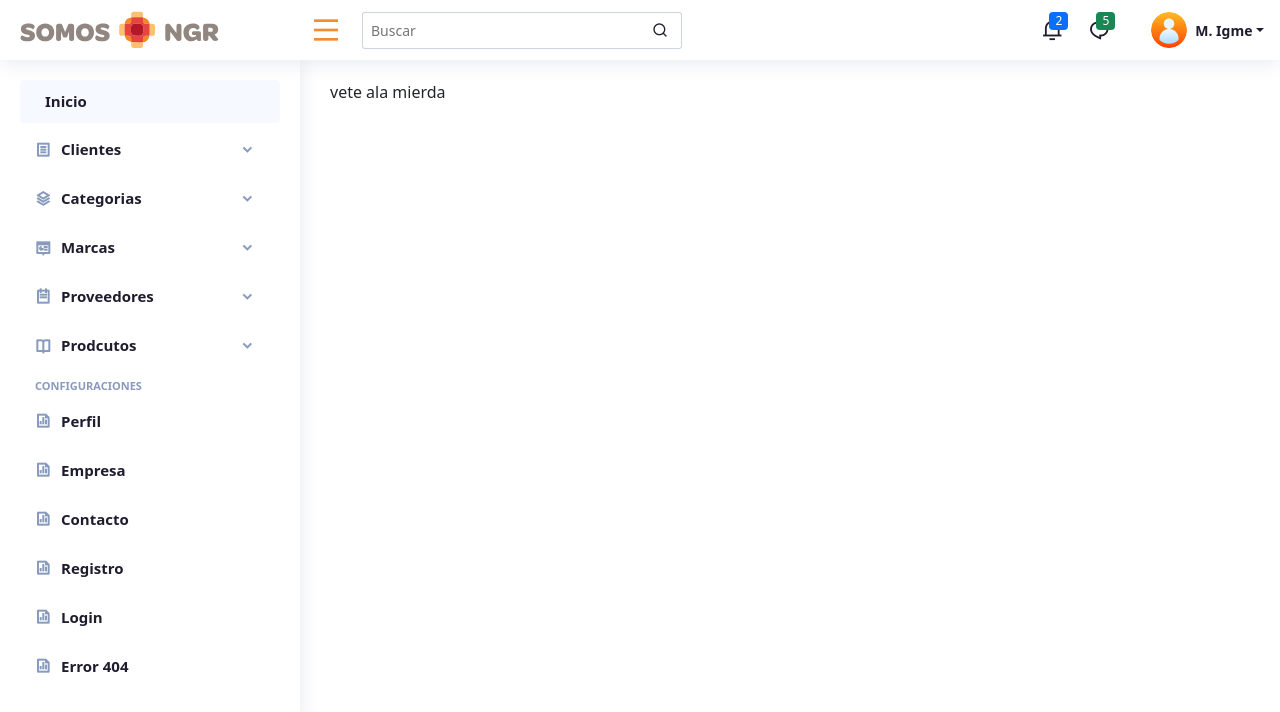
Repository: igmeMarcial/ProyectoLP-2023
Page: http://localhost/proyectoLP_2023/Main.jsp
These files come from the project's save history. The page is drawn as it stood at one moment and after the next save; the edit follows.
The browser window is 1280 px wide. The pictures show the whole page.
The page is served by Tomcat 9. Other server files are loaded and not shown.

Above is the page before, as saved 2023-03-18 19:38:21.

### proyectoLP_2023/WebContent/Main.jsp
<%@ page language="java" contentType="text/html; charset=ISO-8859-1"
    pageEncoding="ISO-8859-1"%>
<!DOCTYPE html PUBLIC "-//W3C//DTD HTML 4.01 Transitional//EN" "http://www.w3.org/TR/html4/loose.dtd">
<html>
<head>
	<meta charset="UTF-8">
    <meta http-equiv="X-UA-Compatible" content="IE=edge">
    <meta name="viewport" content="width=device-width, initial-scale=1.0">
	<link rel="preconnect" href="https://fonts.googleapis.com">
	<link rel="preconnect" href="https://fonts.gstatic.com" crossorigin>
	<link href="https://fonts.googleapis.com/css2?family=Roboto:wght@300;400;500;700;900&display=swap" rel="stylesheet">
	<link rel="stylesheet" type="text/css" href="./css/main.css" />
	<link href="https://cdn.jsdelivr.net/npm/bootstrap@5.0.2/dist/css/bootstrap.min.css" rel="stylesheet" integrity="sha384-EVSTQN3/azprG1Anm3QDgpJLIm9Nao0Yz1ztcQTwFspd3yD65VohhpuuCOmLASjC" crossorigin="anonymous">
	 <link href="https://cdn.jsdelivr.net/npm/remixicon@2.5.0/fonts/remixicon.css" rel="stylesheet">
	<title>Principal</title>
</head>
<body>
	 <!-- ======= Header(Cabezera) ======= -->
<header id="header" class="header fixed-top d-flex align-items-center">

    <div class="d-flex align-items-center justify-content-between">
      <a href="index.html" class="logo d-flex align-items-center text-decoration-none">
        <img class="logoImg1 d-none d-lg-block" src="./img/logo-somosngr.svg" alt="">
        <img class="logoImg2 d-block d-lg-none" src="./img/logo-ngr.png" alt="">
        <span class="d-none d-lg-block"></span>
      </a>
      <i class="ri-menu-fill toggle-sidebar-btn"></i>
    </div>
    <!-- Fin Logo -->
		<!-- Input para Buscar jeje-->
    <div class="search-bar">
      <form class="search-form d-flex align-items-center" method="POST" action="#">
        <input type="text" name="query" placeholder="Buscar" title="Enter search keyword">
        <button type="submit" title="Buscar"><i class="ri-search-line"></i></button>
      </form>
    </div><!-- Fin Buscar  -->

    <nav class="header-nav ms-auto">
      <ul class="d-flex align-items-center">

        <li class="nav-item d-block d-lg-none">
          <a class="nav-link nav-icon search-bar-toggle p-0" href="#">
            <i class="ri-search-line"></i>
          </a>
        </li><!-- Fin Buscar Icon-->

        <li class="nav-item dropdown">

		  <a class="nav-link nav-icon p-0" href="#" data-bs-toggle="dropdown" id="noti" aria-expanded="false">
            <i class="ri-notification-3-line"></i>
            <span class="badge bg-primary badge-number">2</span>
          </a><!-- End Notification Icon -->
		   <ul class="dropdown-menu dropdown-menu-end dropdown-menu-arrow notificaciones" aria-labelledby="noti">
           	  <li><a class="dropdown-item" href="#">Action</a></li>
    		<li><a class="dropdown-item" href="#">Another action</a></li>
    		<li><a class="dropdown-item" href="#">Something else here</a></li>

          </ul><!-- Final notificación Dropdown Items -->



        </li><!-- Final Notification Nav -->

        <li class="nav-item dropdown">

          <a class="nav-link nav-icon p-0" href="#" data-bs-toggle="dropdown">
            <i class="ri-chat-1-line"></i>
            <span class="badge bg-success badge-number">5</span>
          </a><!-- Final mensajes Icon -->

          <ul class="dropdown-menu dropdown-menu-end dropdown-menu-arrow messages">
             <li><a class="dropdown-item" href="#">Action</a></li>
    		<li><a class="dropdown-item" href="#">Another action</a></li>
    		<li><a class="dropdown-item" href="#">Something else here</a></li>

          </ul><!-- Final Mensajes Dropdown Items -->

        </li><!--Final Mensajes Nav -->

        <li class="nav-item dropdown pe-3">

          <a class="nav-link nav-profile d-flex align-items-center pe-0" href="#" data-bs-toggle="dropdown">
            <img src="./img/userImg.png" alt="Profile" class="rounded-circle">
            <span class="d-none d-md-block dropdown-toggle ps-2">M. Igme</span>
          </a><!-- End Profile Iamge Icon -->

          <ul class="dropdown-menu dropdown-menu-end dropdown-menu-arrow profile">
            <li class="dropdown-header">
              <h6>Marcial Igme</h6>
              <span>Administrador</span>
            </li>
            <li>
              <hr class="dropdown-divider">
            </li>

            <li>
              <a class="dropdown-item d-flex align-items-center" href="users-profile.html">
                <i class="ri-settings-2-line"></i>
                <span>My Perfil</span>
              </a>
            </li>
            <li>
              <hr class="dropdown-divider">
            </li>

            <li>
              <a class="dropdown-item d-flex align-items-center" href="users-profile.html">
                <i class="ri-settings-2-line"></i>
                <span>Configuración</span>
              </a>
            </li>
            <li>
              <hr class="dropdown-divider">
            </li>

            <li>
              <a class="dropdown-item d-flex align-items-center" href="pages-faq.html">
                <i class="ri-settings-2-line"></i>
                <span>Ayuda?</span>
              </a>
            </li>
            <li>
              <hr class="dropdown-divider">
            </li>

            <li>
              <a class="dropdown-item d-flex align-items-center" href="#">
                <i class="ri-settings-2-line"></i>
                <span>Salir</span>
              </a>
            </li>

          </ul><!-- Final Perfil Dropdown Items -->
        </li><!--Final Profile Nav -->

      </ul>
    </nav><!-- Final Icons Navigation -->

</header>
<!-- Final Header -->
<aside id="sidebar" class="sidebar">

    <ul class="sidebar-nav" id="sidebar-nav">

      <li class="nav-item">
        <a class="nav-link " href="index.html">
          <i class="bi bi-grid"></i>
          <span>Inicio</span>
        </a>
      </li><!-- final Dashboard Nav -->

      <li class="nav-item">
        <a class="nav-link collapsed" data-bs-target="#components-nav" data-bs-toggle="collapse" href="#">
          <i class="ri-file-list-line"></i><span>Clientes</span><i class="ri-arrow-down-s-line ms-auto"></i>


        </a>
        <ul id="components-nav" class="nav-content collapse " data-bs-parent="#sidebar-nav">
          <li>
            <a href="components-alerts.html">
              <i class="ri-group-fill"></i><span>Listado Clientes</span>
            </a>
          </li>
          <li>
            <a href="components-accordion.html">
              <i class="ri-group-fill"></i><span>Agregar Nuevo Cliente</span>
            </a>
          </li>
          <li>
            <a href="components-badges.html">
             	<i class="ri-group-fill"></i><span>Buscar Cliente</span>
            </a>
          </li>
          <li>
            <a href="components-breadcrumbs.html">
              <i class="ri-group-fill"></i><span>ActualizarClientes</span>
            </a>
          </li>
        </ul>
      </li><!-- Final componentes Nav -->

      <li class="nav-item">
        <a class="nav-link collapsed" data-bs-target="#forms-nav" data-bs-toggle="collapse" href="#">
          <i class="ri-stack-line"></i><span>Categorias</span><i class="ri-arrow-down-s-line ms-auto"></i>
        </a>
        <ul id="forms-nav" class="nav-content collapse " data-bs-parent="#sidebar-nav">
          <li>
            <a href="forms-elements.html">
              <i class="bi bi-circle"></i><span>Agregar Categoria</span>
            </a>
          </li>
          <li>
            <a href="forms-layouts.html">
              <i class="bi bi-circle"></i><span>Actualizar Categoria</span>
            </a>
          </li>
          <li>
            <a href="forms-editors.html">
              <i class="bi bi-circle"></i><span>Listar Categoria</span>
            </a>
          </li>
        </ul>
      </li><!-- Final Formulario Nav -->

      <li class="nav-item">
        <a class="nav-link collapsed" data-bs-target="#tables-nav" data-bs-toggle="collapse" href="#">
          <i class="ri-slideshow-line"></i><span>Marcas</span><i class="ri-arrow-down-s-line ms-auto"></i>
        </a>
        <ul id="tables-nav" class="nav-content collapse " data-bs-parent="#sidebar-nav">
          <li>
            <a href="#">
              <i class="bi bi-circle"></i><span>Agregar Marca</span>
            </a>
          </li>
          <li>
            <a href="#">
              <i class="bi bi-circle"></i><span>Actualizar Marca</span>
            </a>
          </li>
           <li>
            <a href="#">
              <i class="bi bi-circle"></i><span>Listar Marca</span>
            </a>
          </li>
        </ul>
      </li><!-- End Tables Nav -->

      <li class="nav-item">
        <a class="nav-link collapsed" data-bs-target="#charts-nav" data-bs-toggle="collapse" href="#">
          <i class="ri-todo-line"></i><span>Proveedores</span><i class="ri-arrow-down-s-line ms-auto"></i>
        </a>
        <ul id="charts-nav" class="nav-content collapse " data-bs-parent="#sidebar-nav">
          <li>
            <a href="#">
              <i class="bi bi-circle"></i><span>Agregar Proveedor</span>
            </a>
          </li>
          <li>
            <a href="#">
              <i class="bi bi-circle"></i><span>Actuzalir Porveedor</span>
            </a>
          </li>
          <li>
            <a href="#">
              <i class="bi bi-circle"></i><span>Listar Proveedor</span>
            </a>
          </li>
        </ul>
      </li><!-- End Charts Nav -->

      <li class="nav-item">
        <a class="nav-link collapsed" data-bs-target="#icons-nav" data-bs-toggle="collapse" href="#">
          <i class="ri-book-open-line"></i><span>Prodcutos</span><i class="ri-arrow-down-s-line ms-auto"></i>
        </a>
        <ul id="icons-nav" class="nav-content collapse " data-bs-parent="#sidebar-nav">
          <li>
            <a href="icons-bootstrap.html">
              <i class="bi bi-circle"></i><span>Agreagr Producto</span>
            </a>
          </li>
          <li>
            <a href="icons-remix.html">
              <i class="bi bi-circle"></i><span>Actualizar Producto</span>
            </a>
          </li>
          <li>
            <a href="icons-boxicons.html">
              <i class="bi bi-circle"></i><span>Buscar Prodcuto</span>
            </a>
          </li>
        </ul>
      </li><!-- Final iconos Nav -->

      <li class="nav-heading">Configuraciones</li>

      <li class="nav-item">
        <a class="nav-link collapsed" href="#">
          <i class="ri-file-chart-line"></i>
          <span>Perfil</span>
        </a>
      </li><!-- Final Profile Page Nav -->

      <li class="nav-item">
        <a class="nav-link collapsed" href="#">
          <i class="ri-file-chart-line"></i>
          <span>Empresa</span>
        </a>
      </li><!-- End F.A.Q Page Nav -->

      <li class="nav-item">
        <a class="nav-link collapsed" href="#">
          <i class="ri-file-chart-line"></i>
          <span>Contacto</span>
        </a>
      </li><!-- Final Contact Page Nav -->

      <li class="nav-item">
        <a class="nav-link collapsed" href="#">
          <i class="ri-file-chart-line"></i>
          <span>Registro</span>
        </a>
      </li><!-- Final Registro Page Nav -->

      <li class="nav-item">
        <a class="nav-link collapsed" href="#">
          <i class="ri-file-chart-line"></i>
          <span>Login</span>
        </a>
      </li><!-- Final Login Page Nav -->

      <li class="nav-item">
        <a class="nav-link collapsed" href="#">
         <i class="ri-file-chart-line"></i>
          <span>Error 404</span>
        </a>
      </li>
    </ul>

</aside><!-- Final Sidebar-->
   <!-- ======= Contenido principal======= -->
<main id="main" class="main main-principal">
<div>vete ala mierda</div>
</main>

   <!-- ======= Footer ======= -->
  <!--
<footer id="footer" class="footer">
    <div class="copyright">
      &copy; Copyright <strong><span>Igme</span></strong>. Todos los derechos reservados
    </div>
    <div class="credits">

    </div>
</footer>-->
<!-- End Footer -->

<a href="#" class="back-to-top d-flex align-items-center justify-content-center"><i class="bi bi-arrow-up-short"></i></a>
   <!-- Sistema JS Files -->

  <script src="https://cdn.jsdelivr.net/npm/bootstrap@5.0.2/dist/js/bootstrap.bundle.min.js" integrity="sha384-MrcW6ZMFYlzcLA8Nl+NtUVF0sA7MsXsP1UyJoMp4YLEuNSfAP+JcXn/tWtIaxVXM" crossorigin="anonymous"></script>


  <script src="./script/main.js" type="text/javascript"></script>
</body>
</html>

Loaded but not shown: proyectoLP_2023/WebContent/img/logo-somosngr.svg (22 lines, source omitted); proyectoLP_2023/WebContent/script/main.js (27 lines, source omitted); proyectoLP_2023/WebContent/css/main.css (1076 lines, source omitted)

After the next save:
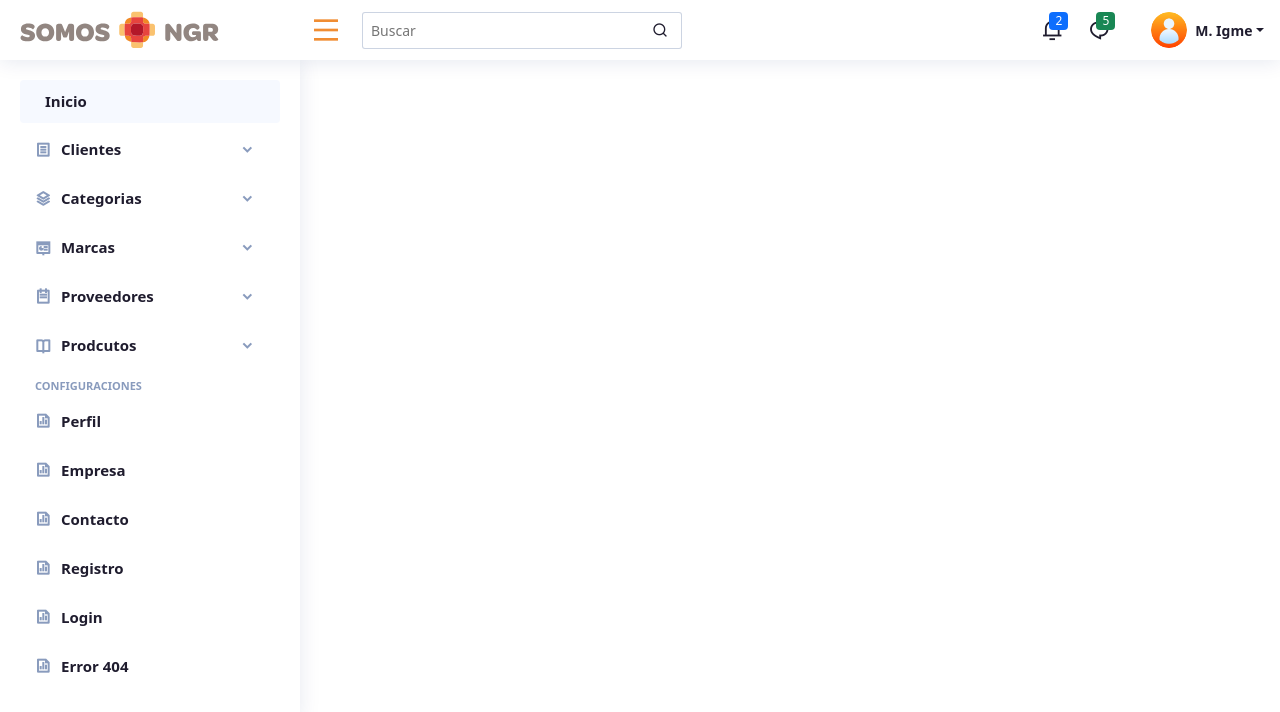
Saved 17 min 10 s later.
--- a/proyectoLP_2023/WebContent/Main.jsp
+++ b/proyectoLP_2023/WebContent/Main.jsp
@@ -318,9 +318,7 @@
 
 </aside><!-- Final Sidebar-->
    <!-- ======= Contenido principal======= -->
-<main id="main" class="main main-principal">
-<div>vete ala mierda</div>
-</main>
+
 
    <!-- ======= Footer ======= -->
   <!--
